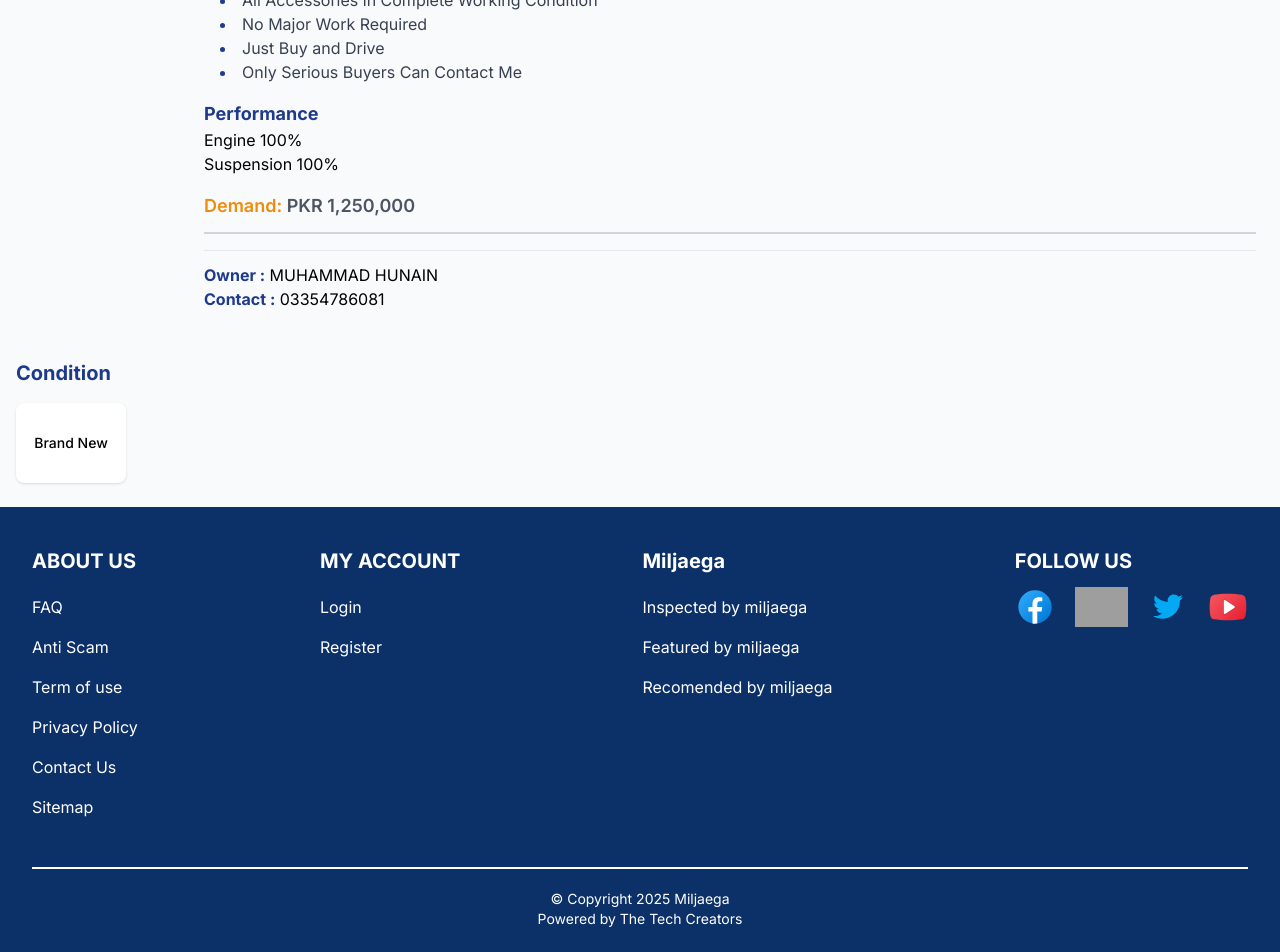
Repository: ARFA-SAEED/miljayega
Page: src/motorsPage/bikes_1.html
An editor plug-in stored every save of this project. The page is shown before and after the next save, followed by the edit.
The browser window is 1280 px wide. The pictures show the part of the page from y = 1199 to 2151 px (the page is 2168 px tall before and 2167 px after).
Pictures or frames that could not be fetched are drawn as grey boxes. Some web fonts or font styles are not loaded; a fallback is used. Some web libraries are served in a nearby version.

Above is the page before, as saved 2025-08-25 13:35:52.

After the next save:
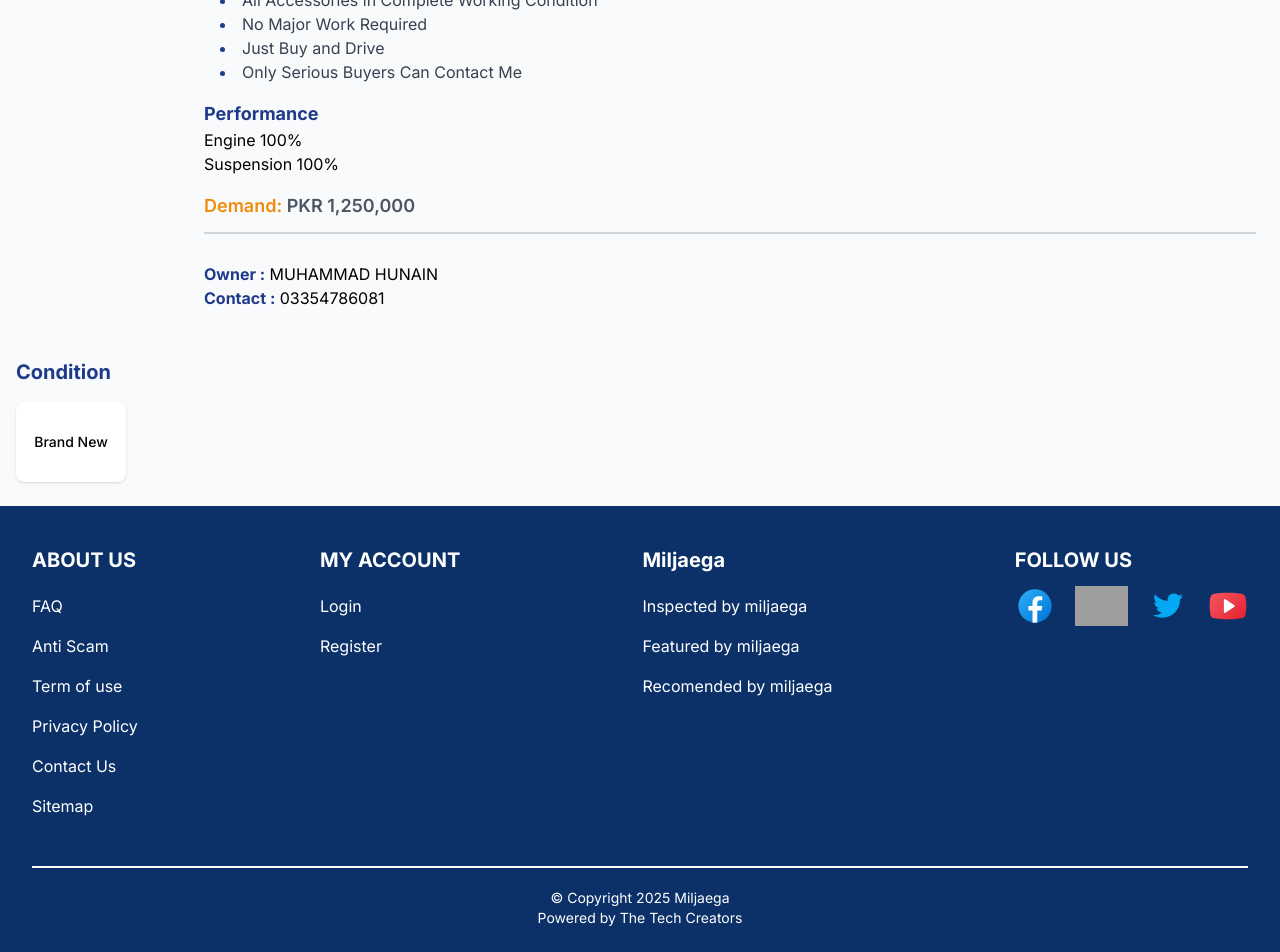
Saved 22 s later.
--- a/src/motorsPage/bikes_1.html
+++ b/src/motorsPage/bikes_1.html
@@ -177,10 +177,10 @@
             <p>Engine 100% <br> Suspension 100%</p>
         </div>
 
-        <p class="text-lg font-semibold text-[#F08B0B] pb-3 border-b border-gray-300 border-b-2">Demand: <span
+        <p class="text-lg font-semibold text-[#F08B0B] pb-3 border-b border-gray-300 border-b-2 ">Demand: <span
                 class="text-gray-600">PKR 1,250,000</span></p>
 
-        <div class="border-t pt-3">
+        <div class=" pt-3">
             <p><span class="font-bold text-blue-900">Owner :</span> MUHAMMAD HUNAIN</p>
             <p><span class="font-bold text-blue-900 ">Contact :</span> 03354786081</p>
         </div>
